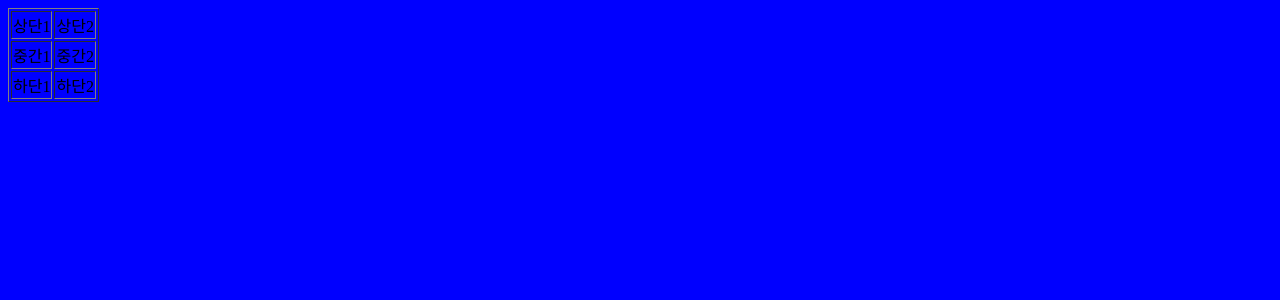
Repository: JeongminHW/Web_study
Page: HTML/myHTML/src/main/webapp/ch03/table2.html
These files come from the project's save history. The page is drawn as it stood at one moment and after the next save; the edit follows.
The browser window is 1280 px wide. The pictures show the whole page.

Above is the page before, as saved 2024-07-09 02:25:45.

### HTML/myHTML/src/main/webapp/ch03/table2.html
<!DOCTYPE html>
<html>
<head>
<meta charset="UTF-8">
<title>Insert title here</title>
</head>
<body bgcolor="blue">
	<table border="1">
	<!--
	thead : 위치가 밑에 있더라도 항상 위에 표시
	tbody :
	 -->
		<tfoot>
		<tr>
				<td>하단1</td>
				<td>하단2</td>
			</tr>
		</tfoot>
		<thead>
			<tr>
				<td>상단1</td>
				<td>상단2</td>
			</tr>
		</thead>
		<tbody>
			<tr>
				<td>중간1</td>
				<td>중간2</td>
			</tr>
		</tbody>
	</table>
</body>
</html>

After the next save:
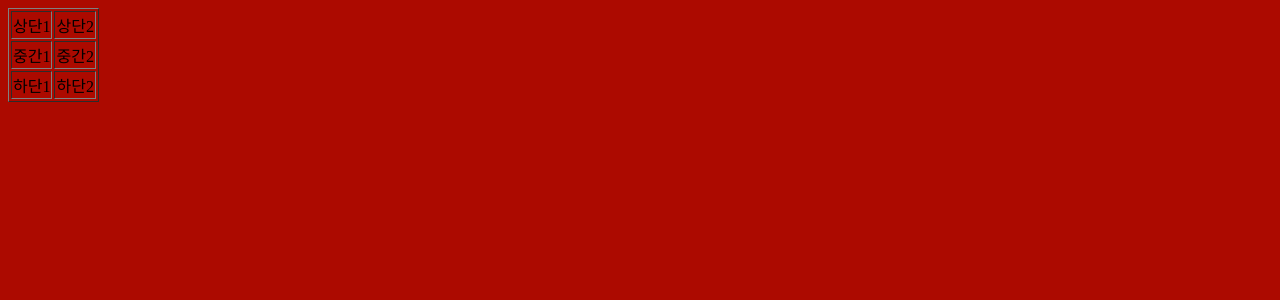
Saved 17 s later.
--- a/HTML/myHTML/src/main/webapp/ch03/table2.html
+++ b/HTML/myHTML/src/main/webapp/ch03/table2.html
@@ -4,7 +4,7 @@
 <meta charset="UTF-8">
 <title>Insert title here</title>
 </head>
-<body bgcolor="blue">
+<body bgcolor="acua">
 	<table border="1">
 	<!--
 	thead : 위치가 밑에 있더라도 항상 위에 표시
